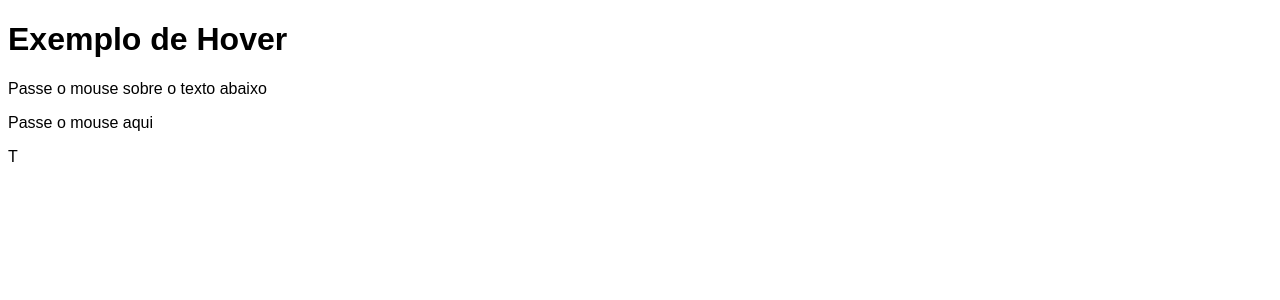
Repository: GabrielTrevisanMargrander/Html-Css
Page: Exercicios/ex020/hover.html
These files come from the project's save history. The page is drawn as it stood at one moment and after a run of saves; the edit follows.
The browser window is 1280 px wide. The pictures show the whole page.

Above is the page before, as saved 2023-06-20 20:47:45.

After the next 2 saves:
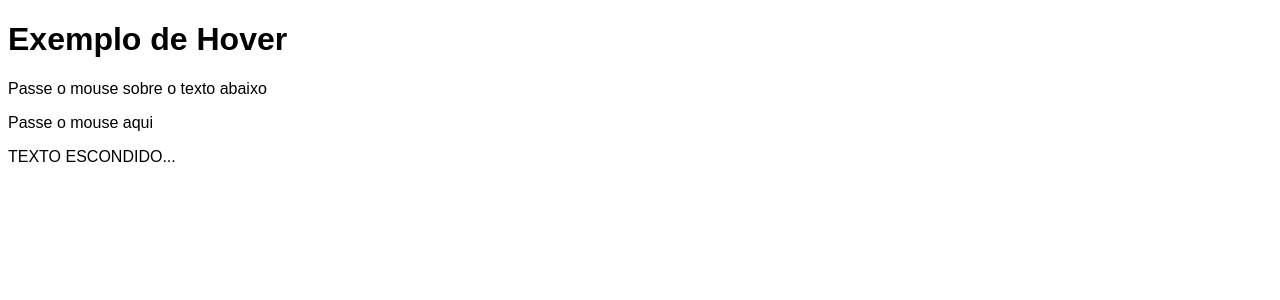
The 2 saves are shown as one change because they came seconds apart.
The last was saved 9 s later.
--- a/Exercicios/ex020/hover.html
+++ b/Exercicios/ex020/hover.html
@@ -20,7 +20,7 @@
     <p>Passe o mouse sobre o texto abaixo</p>
     <div>Passe o mouse aqui
 
-        <p>T</p>
+        <p>TEXTO ESCONDIDO...</p>
     </div>
 
 
